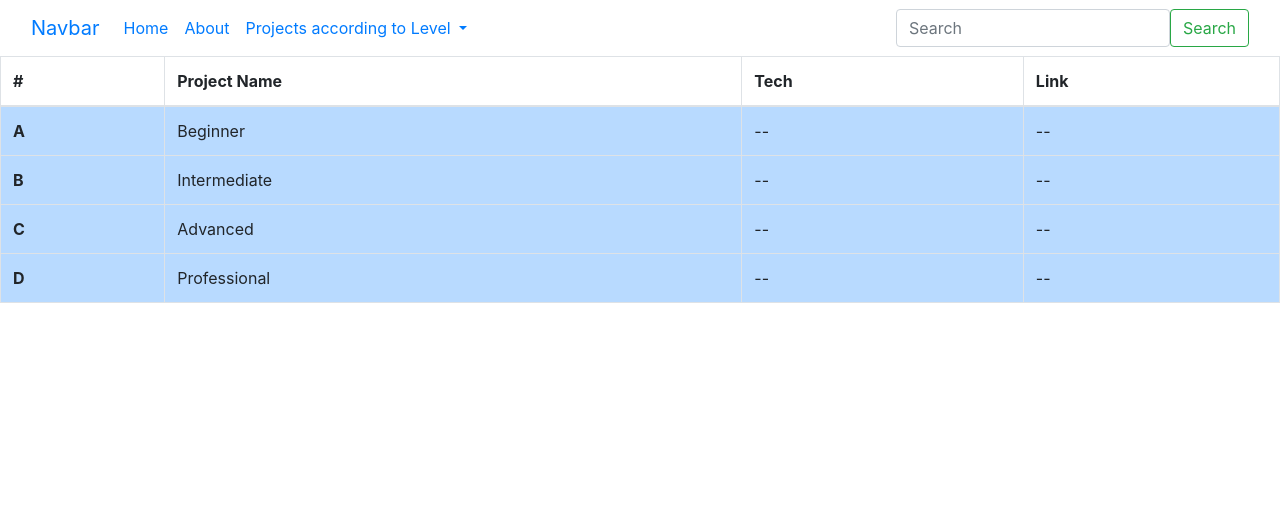
Repository: VictoriousMango/100-Python-Project
Page: index.html
These files come from the project's save history. The page is drawn as it stood at one moment and after the next save; the edit follows.
The browser window is 1280 px wide. The pictures show the whole page.
Some web libraries are served in a nearby version.

Above is the page before, as saved 2024-05-18 01:35:58.

After the next save:
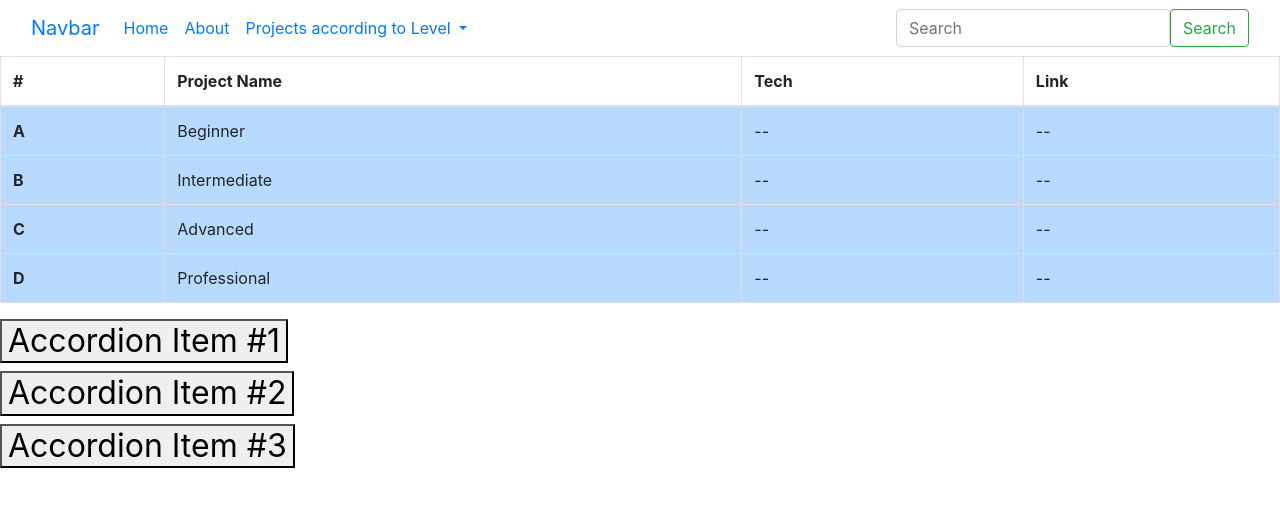
Saved 3 min 8 s later.
--- a/index.html
+++ b/index.html
@@ -102,6 +102,39 @@
       </tbody>
     </table>
     <!-- Tabular Entry End -->
+
+    <div class="accordion accordion-flush" id="accordionFlushExample">
+      <div class="accordion-item">
+        <h2 class="accordion-header">
+          <button class="accordion-button collapsed" type="button" data-bs-toggle="collapse" data-bs-target="#flush-collapseOne" aria-expanded="false" aria-controls="flush-collapseOne">
+            Accordion Item #1
+          </button>
+        </h2>
+        <div id="flush-collapseOne" class="accordion-collapse collapse" data-bs-parent="#accordionFlushExample">
+          <div class="accordion-body">Placeholder content for this accordion, which is intended to demonstrate the <code>.accordion-flush</code> class. This is the first item's accordion body.</div>
+        </div>
+      </div>
+      <div class="accordion-item">
+        <h2 class="accordion-header">
+          <button class="accordion-button collapsed" type="button" data-bs-toggle="collapse" data-bs-target="#flush-collapseTwo" aria-expanded="false" aria-controls="flush-collapseTwo">
+            Accordion Item #2
+          </button>
+        </h2>
+        <div id="flush-collapseTwo" class="accordion-collapse collapse" data-bs-parent="#accordionFlushExample">
+          <div class="accordion-body">Placeholder content for this accordion, which is intended to demonstrate the <code>.accordion-flush</code> class. This is the second item's accordion body. Let's imagine this being filled with some actual content.</div>
+        </div>
+      </div>
+      <div class="accordion-item">
+        <h2 class="accordion-header">
+          <button class="accordion-button collapsed" type="button" data-bs-toggle="collapse" data-bs-target="#flush-collapseThree" aria-expanded="false" aria-controls="flush-collapseThree">
+            Accordion Item #3
+          </button>
+        </h2>
+        <div id="flush-collapseThree" class="accordion-collapse collapse" data-bs-parent="#accordionFlushExample">
+          <div class="accordion-body">Placeholder content for this accordion, which is intended to demonstrate the <code>.accordion-flush</code> class. This is the third item's accordion body. Nothing more exciting happening here in terms of content, but just filling up the space to make it look, at least at first glance, a bit more representative of how this would look in a real-world application.</div>
+        </div>
+      </div>
+    </div>
     <!-- Optional JavaScript -->
     <!-- jQuery first, then Popper.js, then Bootstrap JS -->
     <script src="https://code.jquery.com/jquery-3.2.1.slim.min.js" integrity="sha384-KJ3o2DKtIkvYIK3UENzmM7KCkRr/rE9/Qpg6aAZGJwFDMVNA/GpGFF93hXpG5KkN" crossorigin="anonymous"></script>
